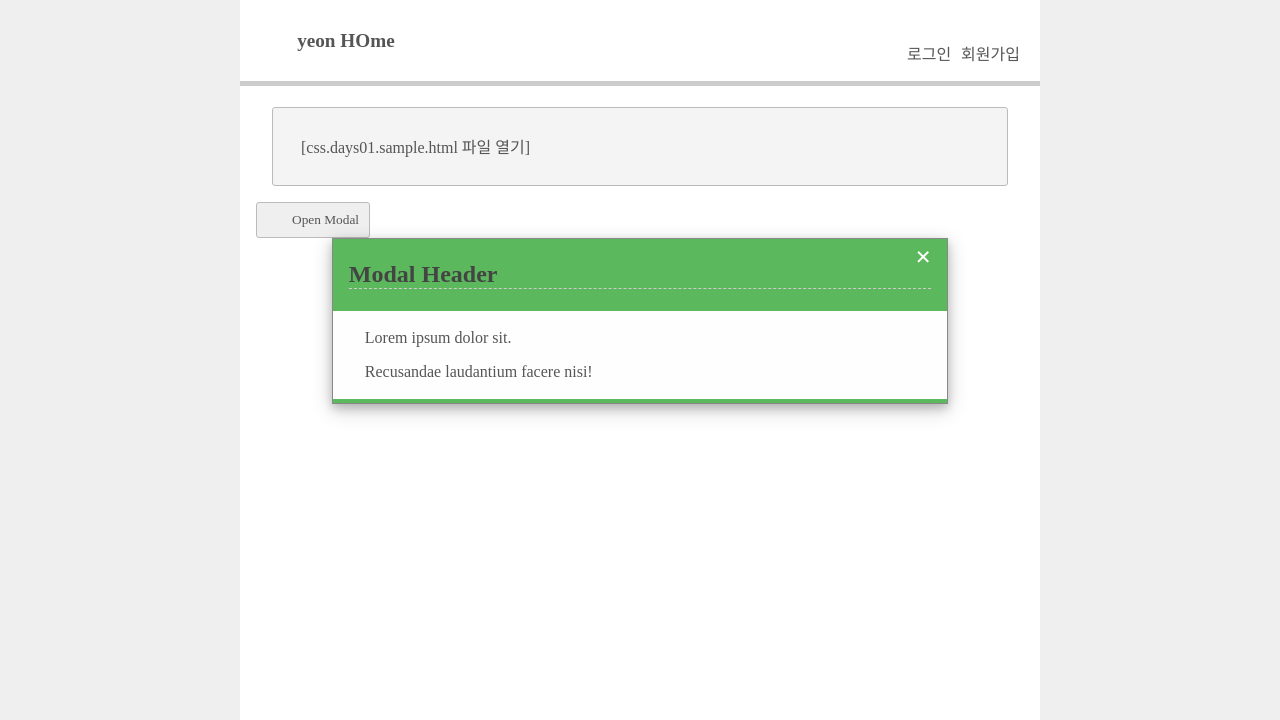
Repository: yeonhwa323/webPro
Page: webPro/src/main/webapp/javascript/days08/ex16_02.html
These files come from the project's save history. The page is drawn as it stood at one moment and after the next save; the edit follows.
The browser window is 1280 px wide. The pictures show the whole page.
Some web fonts or font styles are not loaded; a fallback is used.

Above is the page before, as saved 2024-04-16 07:42:37.

### webPro/src/main/webapp/javascript/days08/ex16_02.html
<!DOCTYPE html>
<html>
<head>
<meta charset="UTF-8">
<meta name="viewport" content="width=device-width, initial-scale=1.0">
<title>Insert title here</title>
<link rel="shortcut icon" type="image/x-icon" href="http://localhost/webPro/images/SiSt.ico">
<script src="https://ajax.googleapis.com/ajax/libs/jquery/3.7.1/jquery.min.js"></script>
<link rel="stylesheet" href="http://localhost/webPro/resources/cdn-main/example.css">
<script src="http://localhost/webPro/resources/cdn-main/example.js"></script>
<style>
 span.material-symbols-outlined{
   vertical-align: text-bottom;
 }
</style>
<!-- 모달창 스타일시트  -->
<style>
 .modal{}
 .modal-content{
    position: relative;
    background-color: #fefefe;
    margin: auto;
    padding:0;
    border:1px solid #888;
    width: 80%;
    box-shadow: 0 4px 9px 0  rgba(0,0,0,0.2), 0 6px 20px 0 rgba(0,0,0,0.19);

  }
 .modal-header, .modal-footer {
    background-color: #5CB85C;
    padding: 2px 16px;
    color:white;
  }
  .modal-body{
     padding: 2px 16px;
  }
  .close{
    color:white;
    float:right;
    font-size: 28px;
    font-weight: bold;
  }
  .close:hover, .close:focus{
    color:#000;
    text-decoration: none;
    cursor: pointer;
  }

</style>
</head>
<body>
<header>
  <h1 class="main"><a href="#" style="position: absolute;top:30px;">yeon HOme</a></h1>
  <ul>
    <li><a href="#">로그인</a></li>
    <li><a href="#">회원가입</a></li>
  </ul>
</header>
<div>
  <xmp class="code">
   [css.days01.sample.html 파일 열기]
  </xmp>

  <button id="myBtn">Open Modal</button>

  <!-- 모달창 : 거의 div 태그로 만들어짐. -->
  <div id="myModal" class="modal">
    <div class="modal-content">
      <div class="modal-header">
        <span class="close">&times;</span>
        <h2>Modal Header</h2>
      </div>
      <div class="modal-body">
        <p>Lorem ipsum dolor sit.</p>
        <p>Recusandae laudantium facere nisi!</p>
      </div>
      <div class="modal-footer">
      </div>
    </div>
  </div>

</div>
</body>
</html>

### webPro/src/main/webapp/resources/cdn-main/example.css
@charset "UTF-8";

@import url('https://fonts.googleapis.com/css2?family=Material+Symbols+Outlined:opsz,wght,FILL,GRAD@20..48,100..700,0..1,-50..200');

@font-face {
    font-family: 'GmarketSansMedium';
    src: url('https://cdn.jsdelivr.net/gh/projectnoonnu/noonfonts_2001@1.1/GmarketSansMedium.woff') format('woff');
    font-weight: normal;
    font-style: normal;
}

:root {
	--text-color: #555;
	--sub-text-color: #777;
	--back-color: #EFEFEF;
	--header-color: #444;
	--primary-color: #DEDEDE;
	--secondary-color: #EFEFEF;
	--default-width: 800px;
	--narrow-width: 500px;
	--wide-width: 1200px;
	--text-font: 'GmarketSansMedium';
	--icon-font: 'Material Symbols Outlined';
	--border-color: #CCC;
}

html, body {
	margin: 0;
	padding: 0;
}

html {
	background-color: var(--back-color);
	display: flex;
	justify-content: center;
	min-height: 100vh;
}

body, body.default {
	width: var(--default-width);
	background-color: white;
	padding-bottom: 120px;
}

body.wide {
	width: var(--wide-width);
}

body.narrow {
	width: var(--narrow-width);
}



body, p, div, span, a, input, select, option, textarea, button, table, th, td, label, fieldset, legend {
	font-family: var(--text-font);
	color: var(--text-color);
}

h1, h2, h3 {
	font-family: var(--text-font);
	color: var(--header-color);
	padding: 0 1rem;
	padding-top: .5rem;
}

div > h1, div > h2, div > h3 {
	padding: 0;
}

body > div, body > main > div {
	padding: 0.3rem 1rem;
}


h1 { font-size: 2rem; border-bottom: 1px solid var(--border-color); }
h1 small { font-size: 1.2rem; color: var(--sub-text-color); }
h2 { font-size: 1.5rem; border-bottom: 1px dashed var(--border-color); }
h2 small { font-size: 1.1rem; color: --sub-text-color; }
h3 { font-size: 1.2rem; }
h3 small { font-size: 1rem; color: --sub-text-color; }



h1.main::before {
	font-family: var(--icon-font);
  	content: '\e666';
  	margin-right: 10px;
  	float: left;
	font-size: 2.5rem;
}

h1.sub::before {
	font-family: var(--icon-font);
  	content: '\ea19';
  	margin-right: 10px;
  	float: left;
	font-size: 2.5rem;
}


h1.page::before {
	font-family: var(--icon-font);
  	content: '\e0e0';
  	margin-right: 10px;
  	float: left;
	font-size: 2.5rem;
}

body > header > ul > li > .active{
	background-color: #FFF;
	color:#F00;
}

body > header {
	display: flex;
	justify-content: space-between;
	border-bottom: 5px solid var(--border-color);
	min-height: 74px;
	background-color: #FFF;
}

body > header.sticky {
	position: sticky;
	top: 0;
	z-index: 98;
}

body > header > h1 {
	font-size: 1.2rem;
	border: 0;
}

body > header.in > h1::before {
	font-family: var(--icon-font);
  	content: '\e332‥';
  	margin-right: 3px;
  	float: left;
	font-size: 2rem;
}


body > header > ul {
	list-style-type: none;
	display: flex;
	align-items: flex-end;
	margin-right: 10px;
}

body > header > ul > li {
	margin-right: 10px;
	cursor: pointer;
}

body > header > ul > li > a {
	cursor: pointer;
}


form {
	display: block;
}

form > div {
	padding: 0.3rem 1rem;
}

div > form > div {
	padding: 0.3rem 0;
}

input, textarea, button, select {
	border: 1px solid #BBB;
	border-radius: 3px;
	outline: none;
	resize: none;
	padding: 7px;
	margin: 0;
}

input[type=text]:read-only, textarea:read-only {
	cursor: not-allowed;
	background-color: #FFF;
}

input[type=text]:disabled, textarea:disabled {
	cursor: not-allowed;
	background-color: #EEE;
}

input[type=text], input[type=password], textarea, button, select {
	/* width: 300px; */
}

textarea {
	display: block;
	height: 100px;
}

input[type=button], input[type=submit], button {
	/* width: inherit; */
}

input.short, textarea.short, button.short, select.short {
	width: 100px;
}

input.long, textarea.long, button.long, select.long {
	width: 350px;
}

.narrow input.long, .narrow textarea.long, .narrow button.long, .narrow select.long {
	width: calc(100% - 20px);
}

input.full, textarea.full, button.full, select.full {
	width: calc(100% - 20px);
}

textarea.short {
	height: 50px;
}

textarea.long {
	height: 100px;
}

textarea.full {
	height: 200px;
}

input, textarea {
	padding-top: 8px;
}

input[type=button], input[type=submit], button {
	padding: 5px 10px;
	background-color: var(--secondary-color);
	cursor: pointer;
	min-height: 36px;
}

input[type=button].primary, input[type=submit].primary, button.primary {
	/* background-color: rgba(100, 149, 237, .2); */
	background-color: var(--primary-color);
}

input[type=button].primary:hover, input[type=submit].primary:hover, button.primary:hover {
	/* background-color: rgba(100, 149, 237, .3); */
	background-color: var(--secondary-color);
}

input[type=button]:hover, input[type=submit]:hover, button:hover {
	background-color: var(--primary-color);
}

button {
	position: relative;
	left: 0;
	top: 0;
	padding-left: 35px;
}

button .material-symbols-outlined {
	position: absolute;
	left: 10px;
	top: 4px;
}

/* k2nik add */
button.login::before {
	font-family: var(--icon-font);
  	content: '\ea77';
	position: absolute;
	left: 11px;
	top: 4px;
	font-size: 1.25rem;
}

/* k2nik logout */
button.logout::before {
	font-family: var(--icon-font);
  	content: '\e9ba';
	position: absolute;
	left: 11px;
	top: 4px;
	font-size: 1.25rem;
}

/* k2nik help */
button.help::before {
	font-family: var(--icon-font);
  	content: '\f1c0';
	position: absolute;
	left: 11px;
	top: 4px;
	font-size: 1.25rem;
}

button.add::before{
	font-family: var(--icon-font);
  	content: '\e746';
	position: absolute;
	left: 11px;
	top: 4px;
	font-size: 1.25rem;
}

button.back::before {
	font-family: var(--icon-font);
  	content: '\e166';
	position: absolute;
	left: 11px;
	top: 4px;
	font-size: 1.25rem;
}

button.list::before {
	font-family: var(--icon-font);
  	content: '\e0ee';
	position: absolute;
	left: 11px;
	top: 4px;
	font-size: 1.25rem;
}


button.del::before {
	font-family: var(--icon-font);
  	content: '\e872';
	position: absolute;
	left: 11px;
	top: 4px;
	font-size: 1.25rem;
}


button.edit::before {
	font-family: var(--icon-font);
  	content: '\e745';
	position: absolute;
	left: 11px;
	top: 4px;
	font-size: 1.25rem;
}


button.login::before {
	font-family: var(--icon-font);
  	content: '\ea77';
	position: absolute;
	left: 11px;
	top: 4px;
	font-size: 1.25rem;
}


button.logout::before {
	font-family: var(--icon-font);
  	content: '\e9ba';
	position: absolute;
	left: 11px;
	top: 4px;
	font-size: 1.25rem;
}


button.in::before {
	font-family: var(--icon-font);
  	content: '\f71a';
	position: absolute;
	left: 11px;
	top: 4px;
	font-size: 1.25rem;
}


button.out::before {
	font-family: var(--icon-font);
  	content: '\f70e';
	position: absolute;
	left: 11px;
	top: 4px;
	font-size: 1.25rem;
}


button.reply::before {
	font-family: var(--icon-font);
  	content: '\e15e';
	position: absolute;
	left: 11px;
	top: 4px;
	font-size: 1.25rem;
}


button.comment::before {
	font-family: var(--icon-font);
  	content: '\e0b9';
	position: absolute;
	left: 11px;
	top: 4px;
	font-size: 1.25rem;
}


button.modal::before {
	font-family: var(--icon-font);
  	content: '\e89e';
	position: absolute;
	left: 11px;
	top: 4px;
	font-size: 1.25rem;
}


button.ok::before {
	font-family: var(--icon-font);
  	content: '\e86c';
	position: absolute;
	left: 11px;
	top: 4px;
	font-size: 1.25rem;
}


button.cancel::before {
	font-family: var(--icon-font);
  	content: '\e5c9';
	position: absolute;
	left: 11px;
	top: 4px;
	font-size: 1.25rem;
}

button.search::before {
	font-family: var(--icon-font);
  	content: '\e8b6';
	position: absolute;
	left: 11px;
	top: 4px;
	font-size: 1.25rem;
}

button.home::before {
	font-family: var(--icon-font);
  	content: '\e88a';
	position: absolute;
	left: 11px;
	top: 4px;
	font-size: 1.25rem;
}


button.sidebar::before {
	font-family: var(--icon-font);
  	content: '\f7e4';
	position: absolute;
	left: 11px;
	top: 4px;
	font-size: 1.25rem;
}


button.sidebar-right::before {
	font-family: var(--icon-font);
  	content: '\f7e5';
	position: absolute;
	left: 11px;
	top: 4px;
	font-size: 1.25rem;
}




button::before {
	font-family: var(--icon-font);
  	content: '\e323';
	position: absolute;
	left: 11px;
	top: 4px;
	font-size: 1.25rem;
}


table {
	border-collapse: collapse;
	margin: 1rem;
	box-sizing: border-box;
	width: calc(100% - 32px);
}

table.content {
	width: auto;
}

div > table {
	margin: 0;
}

table th, table td {
	border: 1px solid var(--border-color);
	padding: 7px;
	font-weight: normal;
}

table th {
	background-color: var(--back-color);
}

table.vertical th {
	width: 150px;
}

table.vertical td {
	width: calc(100% - 182px);
	padding-left: 10px;
}

table.content td, table.content th {
	width: auto;
}

body.narrow table.vertical th {
	width: 100px;
}

body.narrow table.vertical td {
	width: calc(100% - 182px);
}


table + table {
	margin-top: 30px;
}


p {
	padding: 0 1rem;
}

a {
	text-decoration: none;
}

a:hover {
	color: rgba(255, 99, 71, .7);
}

hr {
	border: 0;
	border-top: 1px solid var(--border-color);
	margin: 2rem 0;
}

.message {
	border: 1px solid var(--border-color);
	background-color: #EFEFEF;
	margin: 1rem;
	width: auto;
	padding-top: 10px;
	padding-bottom: 10px;
	font-size: 14px;
}

.message[title]::before {
	content: attr(title);
	display: block;
	border-bottom: 1px solid var(--border-color);
	padding-bottom: 5px;
	margin-bottom: 10px;
	margin-top: 7px;
}

.message.short {
	max-width: 250px;
}

.message.long {
	max-width: 500px;
}

.badge {
	float: right;
	font-size: .8rem;
	margin-top: 2px;
	margin-right: 2px;
	text-shadow: 0 0 7px gray;
}

.badge.left {
	float: none;
	margin-left: 2px;
}

.badge.right {
	float: right;
}

.badge.red {
	border-radius: 50%;
	padding: 2px 5px;
	background-color: rgb(255, 99, 71, .3);
}

.badge.yellow {

	border-radius: 50%;
	padding: 2px 5px;
	background-color: rgb(255, 215, 0, .5);
}

.badge.blue {
	border-radius: 50%;
	padding: 2px 5px;
	background-color: rgb(100, 149, 237, .3);
}

label + label {
	margin-left: 7px;
}

label input[type=checkbox], label input[type=radio] {
	transform: translate(0, 1px);
}

.group {
	display: flex;
}

.modal-content .group {
	margin-bottom: .5rem;
}

.group label {
	border: 1px solid #BBB;
	border-radius: 3px;
	outline: none;
	resize: none;
	padding: 7px 14px;
	margin: 0;
	border-top-right-radius: 0;
	border-bottom-right-radius: 0;
	background-color: #EFEFEF;
	white-space: nowrap;
	font-size: 14px;
}

.group input[type=text] {
	margin-left: -1px;
	border-top-left-radius: 0;
	border-bottom-left-radius: 0;
}

.group select {
	margin-left: -1px;
	border-top-left-radius: 0;
	border-bottom-left-radius: 0;
}

.group input.full[type=text] {
	margin-left: -1px;
	border-top-left-radius: 0;
	border-bottom-left-radius: 0;
	width: 100%;
}

.group input[type=button]:first-child, .group button:first-child {
	border-top-left-radius: 3px;
	border-bottom-left-radius: 3px;
	margin-left: 0px;
}

.group input[type=button], .group button {
	border-radius: 0;
	margin-left: -1px;
}

.group input[type=button]:last-child, .group button:last-child {
	margin-left: -1px;
	border-top-right-radius: 3px;
	border-bottom-right-radius: 3px;
}

.seperate {
	display: flex;
	justify-content: space-between;
}

div.list {
	width: max-content;
	margin: 1rem;
	border: 1px solid #BBB;
	border-radius: 3px;
	padding: 0;
}

div.list.full {
	width: auto;
	display: block;
	margin: 1rem;
	border: 1px solid #BBB;
	border-radius: 3px;
	padding: 0;
}

div.list > div {
	padding: .5rem 1rem;
	margin: 0;
	border-bottom: 1px solid #BBB;
}

div.list > div:last-child {
	border-bottom: 0;
}

pre.code , xmp.code{
	font-family: consols;
	background-color: rgba(150, 150, 150, .1);
	border: 1px solid #BBB;
	border-radius: 3px;
	padding: .5rem 1rem;
	padding-bottom: .6rem;
	margin: 1rem;
}




*[data-modal-window] {
	position: fixed;
	background-color: rgba(0, 0, 0, .3);
	left: 0;
	top: 0;
	display: none;
	justify-content: center;
	align-items: flex-start;
	width: 100%;
	min-height: 100vh;
	z-index: 100;
	opacity: 0;
	transition: 500ms all;
}

*[data-modal-window] .modal-container {
	border-radius: 5px;
	padding: 1rem;
	padding-bottom: .5rem;
	margin-top: -500px;
	opacity: 0;
	width: 500px;
	background-color: #FFF;
	margin-right: 2rem;
	transition: 500ms all;
}

*[data-modal-size=content] .modal-container {
	width: auto;
}

*[data-modal-size=narrow] .modal-container {
	width: 300px;
}

*[data-modal-size=wide] .modal-container {
	width: 760px;
}


*[data-modal-window] .modal-header {
	border-bottom: 1px solid var(--border-color);
	padding: 2px 5px;
}

*[data-modal-window] .modal-content {
	padding: 1rem 5px;
}

*[data-modal-window] .modal-content div:last-child {
	margin-top: 1rem;
	text-align: right;
}



*[data-sidebar-window] {
	position: fixed;
	background-color: #FFF;
	left: 0;
	top: 0;
	display: block;
	width: 300px;
	border-right: 1px solid var(--border-color);
	box-sizing: border-box;
	box-shadow: 0 0 3px var(--back-color);
	min-height: 100vh;
	z-index: 99;
	transform: translate(-300px, 0);
	transition-duration: 500ms;
	transition-property: transform;
}

*[data-sidebar-direction=right] {
	left: auto;
	right: 0;
	transform: translate(300px, 0);
	border-left: 1px solid var(--border-color);
}

*[data-sidebar-size=wide] {
	width: 500px;
	transform: translate(-500px, 0);
}

*[data-sidebar-window] .sidebar-title {
	border-bottom: 1px solid var(--border-color);
	margin-top: 20px;
	margin-bottom: 20px;
	padding-bottom: 5px;
	display: flex;
	justify-content: space-between;
}

*[data-sidebar-window] .sidebar-title span:last-child {
	cursor: pointer;
}


/* K2Nik pagination */
.center {
  text-align: center;
}

.pagination {
  display: inline-block;
}

.pagination a {
  color: black;
  float: left;
  padding: 3px 6px;
  text-decoration: none;
  transition: background-color .3s;
  border: 1px solid #ddd;
  margin: 0 3px;
}

.pagination a.active {
  background-color: #4CAF50;
  color: white;
  border: 1px solid #4CAF50;
}

.pagination a:hover:not(.active) {background-color: #ddd;}

### webPro/src/main/webapp/resources/cdn-main/example.js

window.onload = () => {

    const list = document.querySelectorAll('input, textarea');

    list.forEach(item => {
        item.setAttribute('autocomplete', 'off');
    });


    const modal_btn_list = document.querySelectorAll('*[data-modal-button]');

    modal_btn_list.forEach(item => {
        item.onclick = function() {

            const name = this.dataset['modalButton'];
            const modal_window = document.querySelector('*[data-modal-window=' + name);

            const container = document.createElement('div');
            container.className = 'modal-container';



            const modal_header = document.createElement('div');
            modal_header.textContent = modal_window.dataset['modalTitle'];
            modal_header.className = 'modal-header';
            container.appendChild(modal_header);

            const modal_content = document.createElement('div');
            modal_content.className = 'modal-content';
            container.appendChild(modal_content);

            Array.from(modal_window.childNodes).forEach(item => {
                modal_content.appendChild(item);
            });

            modal_window.appendChild(container);

            modal_window.style.display = 'flex';

            setTimeout(() => {
                modal_window.style.opacity = 1;
                container.style.marginTop = '20px';
                container.style.opacity = 1;
            }, 50);


            const modal_ok = document.querySelector('*[data-modal-ok=' + name);
            modal_ok.addEventListener('click', function() {
                modal_window.style.opacity = 0;
                container.style.marginTop = '-500px';
                container.style.opacity = 0;

                setTimeout(() => {
                    modal_window.innerHTML = modal_content.innerHTML;
                    modal_window.style.display = 'none';
                }, 500);

            });

            const modal_cancel = document.querySelector('*[data-modal-cancel=' + name);
            modal_cancel.addEventListener('click', function() {

                modal_window.style.opacity = 0;
                container.style.marginTop = '-500px';
                container.style.opacity = 0;

                setTimeout(() => {
                    modal_window.innerHTML = modal_content.innerHTML;
                    modal_window.style.display = 'none';
                }, 500);
            });


        };
    });


    const sidebar_btn_list = document.querySelectorAll('*[data-sidebar-button]');

    sidebar_btn_list.forEach(item => {
        item.onclick = function() {



            const name = this.dataset['sidebarButton'];
            const sidebar_window = document.querySelector('*[data-sidebar-window=' + name);

            if (sidebar_window.style.transform == 'translate(0px, 0px)') return;



            sidebar_window.style.transform = 'translate(0, 0)';

            const sidebar_title = document.createElement('div');
            sidebar_title.className = 'sidebar-title';
            sidebar_title.innerHTML = '<span>' + sidebar_window.dataset['sidebarTitle'] + '</span><span class="material-symbols-outlined">close</span>';

            sidebar_title.children[1].onclick = function() {

                let sign = 1;
                let distance = 300;

                if (sidebar_window.dataset['sidebarDirection'] != 'right') {
                    sign = -1;
                } else {
                    sign = 1;
                }

                if (sidebar_window.dataset['sidebarSize'] != 'wide') {
                    distance = 300;
                } else {
                    distance = 500;
                }

                distance *= sign;

                sidebar_window.style.transform = 'translate(' + distance + 'px, 0)';

                setTimeout(function() {
                    sidebar_window.removeChild(sidebar_window.children[0]);
                }, 500);
            };


            sidebar_window.prepend(sidebar_title);

        }
    });

};

// window.onkeydown = function(event) {

//     if (event.keyCode == 27) {
//         if (document.querySelector('[data-modal-window').style.display == 'flex') {
//             document.querySelector('[data-modal-window').style.display = 'none';
//         }
//     }

// };

After the next save:
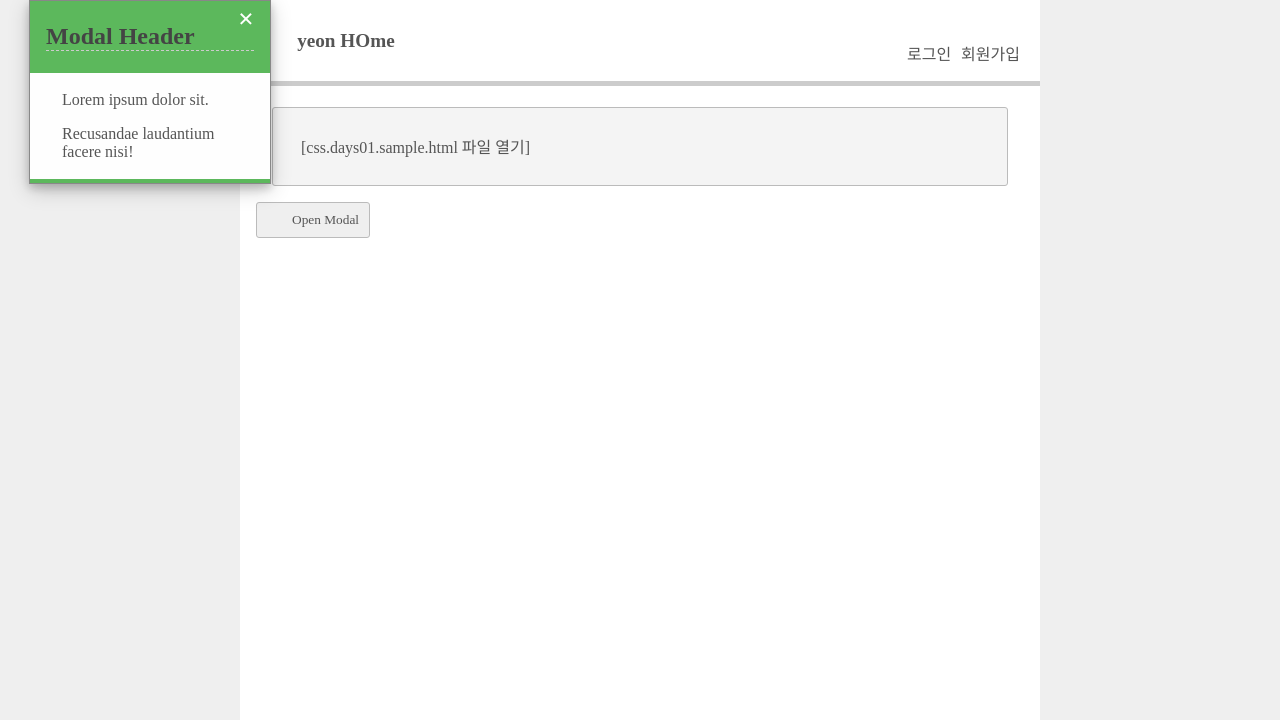
Saved 51 s later.
--- a/webPro/src/main/webapp/javascript/days08/ex16_02.html
+++ b/webPro/src/main/webapp/javascript/days08/ex16_02.html
@@ -15,7 +15,14 @@
 </style>
 <!-- 모달창 스타일시트  -->
 <style>
- .modal{}
+ .modal{
+   position: fixed;
+   z-index: 1;
+   left : 0;
+   top : 0;
+
+   width: 300px;
+ }
  .modal-content{
     position: relative;
     background-color: #fefefe;
